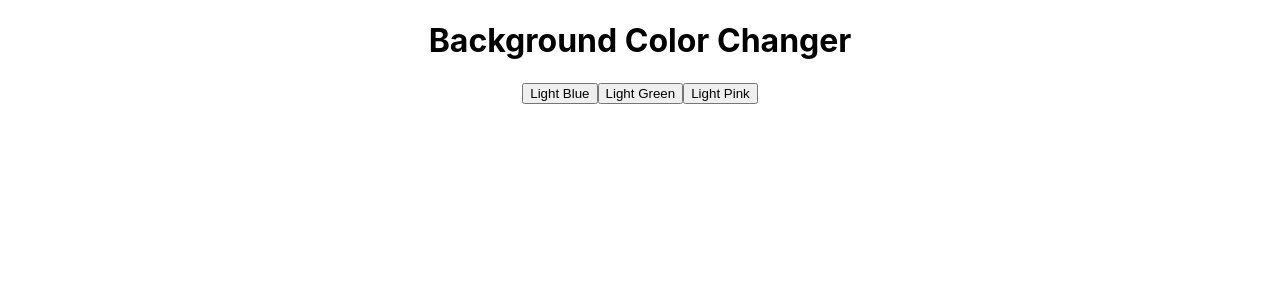
Repository: Jay1161/FSWD
Page: / (app in Week-12/frontend/cookies/)
These files come from the project's save history. The page is drawn as it stood at one moment and after the next save; the edit follows.
The browser window is 1280 px wide. The pictures show the whole page.
The project was rebuilt for these pictures with package versions that can differ from the ones it lists, and the page was loaded fresh each time.

Above is the page before, as saved 2023-09-27 17:59:04.

After the next save:
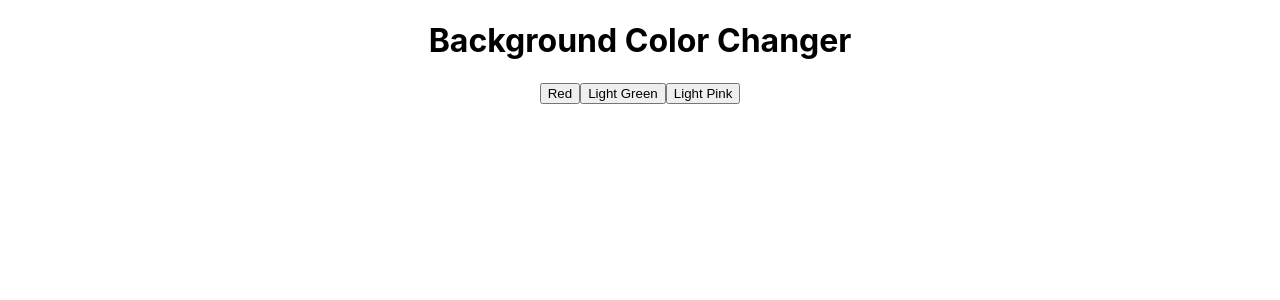
Saved 15 s later.
--- a/Week-12/frontend/cookies/src/cookies.jsx
+++ b/Week-12/frontend/cookies/src/cookies.jsx
@@ -36,7 +36,7 @@ function Cookies() {
   return (
     <div className="App">
       <h1>Background Color Changer</h1>
-      <button onClick={() => setCookieAndBackgroundColor('Red')}>Light Blue</button>
+      <button onClick={() => setCookieAndBackgroundColor('Red')}>Red</button>
       <button onClick={() => setCookieAndBackgroundColor('BLue')}>Light Green</button>
       <button onClick={() => setCookieAndBackgroundColor('Black')}>Light Pink</button>
     </div>
